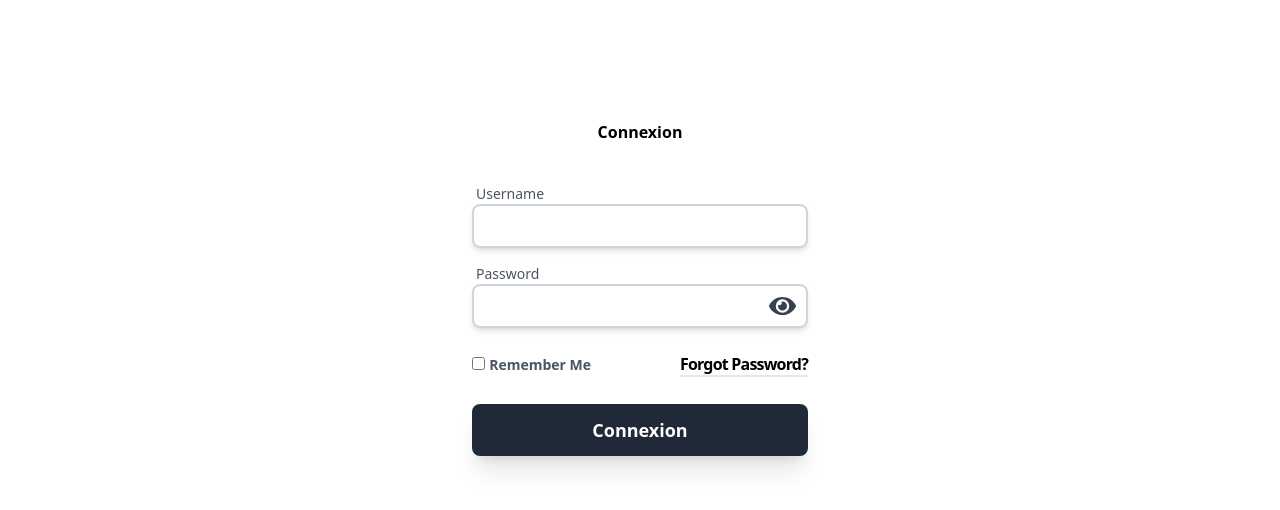
Repository: jeffairsonn/Urges
Page: index.html
These files come from the project's save history. The page is drawn as it stood at one moment and after a run of saves; the edit follows.
The browser window is 1280 px wide. The pictures show the whole page.
Some web libraries are served in a nearby version.

Above is the page before, as saved 2022-07-14 18:39:46.

### index.html
<html>

<head>
	<meta charset="utf-8">
	<meta name="viewport" content="width=device-width, initial-scale=1">
	<title>Urges - Connexion</title>
	<script src="https://cdn.tailwindcss.com"></script>
	<script src="https://cdn.jsdelivr.net/gh/alpinejs/alpine@v2.x.x/dist/alpine.js" defer></script>
</head>

<body>

	<div class="container max-w-full mx-auto py-24 px-6">
		<div class="font-sans">
			<div class="max-w-sm mx-auto px-6">
				<div class="relative flex flex-wrap">
					<div class="w-full relative">
						<div class="mt-6">
							<div class="text-center font-semibold text-black">
								<p>Connexion</p>
							</div>

							<form class="mt-8">
								<div class="mx-auto max-w-lg">
									<div class="py-2">
										<span class="px-1 text-sm text-gray-600">Username</span>
										<input placeholder="" type="text"
											class="text-md block px-3 py-2  rounded-lg w-full
                bg-white border-2 border-gray-300 placeholder-gray-600 shadow-md focus:placeholder-gray-500 focus:bg-white focus:border-gray-600 focus:outline-none">
									</div>
									<div class="py-2" x-data="{ show: true }">
										<span class="px-1 text-sm text-gray-600">Password</span>
										<div class="relative">
											<input placeholder="" :type="show ? 'password' : 'text'" class="text-md block px-3 py-2 rounded-lg w-full
                bg-white border-2 border-gray-300 placeholder-gray-600 shadow-md
                focus:placeholder-gray-500
                focus:bg-white
                focus:border-gray-600
                focus:outline-none">
											<div
												class="absolute inset-y-0 right-0 pr-3 flex items-center text-sm leading-5">

												<svg class="h-6 text-gray-700" fill="none" @click="show = !show"
													:class="{'hidden': !show, 'block':show }"
													xmlns="http://www.w3.org/2000/svg" viewbox="0 0 576 512">
													<path fill="currentColor"
														d="M572.52 241.4C518.29 135.59 410.93 64 288 64S57.68 135.64 3.48 241.41a32.35 32.35 0 0 0 0 29.19C57.71 376.41 165.07 448 288 448s230.32-71.64 284.52-177.41a32.35 32.35 0 0 0 0-29.19zM288 400a144 144 0 1 1 144-144 143.93 143.93 0 0 1-144 144zm0-240a95.31 95.31 0 0 0-25.31 3.79 47.85 47.85 0 0 1-66.9 66.9A95.78 95.78 0 1 0 288 160z">
													</path>
												</svg>

												<svg class="h-6 text-gray-700" fill="none" @click="show = !show"
													:class="{'block': !show, 'hidden':show }"
													xmlns="http://www.w3.org/2000/svg" viewbox="0 0 640 512">
													<path fill="currentColor"
														d="M320 400c-75.85 0-137.25-58.71-142.9-133.11L72.2 185.82c-13.79 17.3-26.48 35.59-36.72 55.59a32.35 32.35 0 0 0 0 29.19C89.71 376.41 197.07 448 320 448c26.91 0 52.87-4 77.89-10.46L346 397.39a144.13 144.13 0 0 1-26 2.61zm313.82 58.1l-110.55-85.44a331.25 331.25 0 0 0 81.25-102.07 32.35 32.35 0 0 0 0-29.19C550.29 135.59 442.93 64 320 64a308.15 308.15 0 0 0-147.32 37.7L45.46 3.37A16 16 0 0 0 23 6.18L3.37 31.45A16 16 0 0 0 6.18 53.9l588.36 454.73a16 16 0 0 0 22.46-2.81l19.64-25.27a16 16 0 0 0-2.82-22.45zm-183.72-142l-39.3-30.38A94.75 94.75 0 0 0 416 256a94.76 94.76 0 0 0-121.31-92.21A47.65 47.65 0 0 1 304 192a46.64 46.64 0 0 1-1.54 10l-73.61-56.89A142.31 142.31 0 0 1 320 112a143.92 143.92 0 0 1 144 144c0 21.63-5.29 41.79-13.9 60.11z">
													</path>
												</svg>

											</div>
										</div>
									</div>
									<div class="flex justify-between"><label
											class="block text-gray-500 font-bold my-4"><input type="checkbox"
												class="leading-loose text-pink-600"> <span
												class="py-2 text-sm text-gray-600 leading-snug"> Remember
												Me </span></label> <label class="block text-gray-500 font-bold my-4"><a
												href="#"
												class="cursor-pointer tracking-tighter text-black border-b-2 border-gray-200 hover:border-gray-400"><span>Forgot
													Password?</span></a></label></div> <button class="mt-3 text-lg font-semibold
                bg-gray-800 w-full text-white rounded-lg
                px-6 py-3 block shadow-xl hover:text-white hover:bg-black">
										Connexion
									</button>
								</div>
							</form>

						</div>
					</div>
				</div>
			</div>
		</div>
	</div>
</body>


<!-- <!DOCTYPE html>
<html>
<head>
	<meta charset="utf-8">
	<meta name="viewport" content="width=device-width, initial-scale=1">
	<title>Urges - Connexion</title>
</head>
<body>

<center><fieldset style="width:360px;">
	<form method="post" action=functions/connexion.php>
		<input type="text" name="login"><br>
		<input type="password" name="pass"><br>
		<center><input type="submit" name="Valider" value="Valider"></center>
	</form>
</fieldset></center>




</body>
</html> -->

After the next 2 saves:
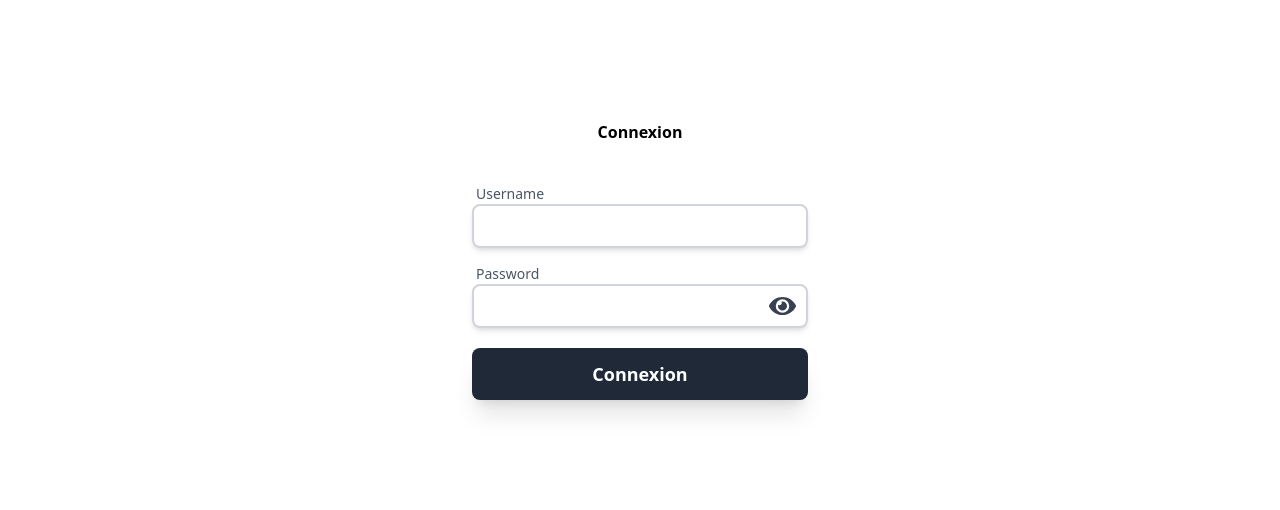
The 2 saves are shown as one change because they came seconds apart.
The last was saved 22 s later.
--- a/index.html
+++ b/index.html
@@ -59,26 +59,20 @@
 											</div>
 										</div>
 									</div>
-									<div class="flex justify-between"><label
-											class="block text-gray-500 font-bold my-4"><input type="checkbox"
-												class="leading-loose text-pink-600"> <span
-												class="py-2 text-sm text-gray-600 leading-snug"> Remember
-												Me </span></label> <label class="block text-gray-500 font-bold my-4"><a
-												href="#"
-												class="cursor-pointer tracking-tighter text-black border-b-2 border-gray-200 hover:border-gray-400"><span>Forgot
-													Password?</span></a></label></div> <button class="mt-3 text-lg font-semibold
+									</span></a></label>
+								</div> <button class="mt-3 text-lg font-semibold
                 bg-gray-800 w-full text-white rounded-lg
                 px-6 py-3 block shadow-xl hover:text-white hover:bg-black">
-										Connexion
-									</button>
-								</div>
-							</form>
+									Connexion
+								</button>
+						</div>
+						</form>
 
-						</div>
 					</div>
 				</div>
 			</div>
 		</div>
+	</div>
 	</div>
 </body>
 
